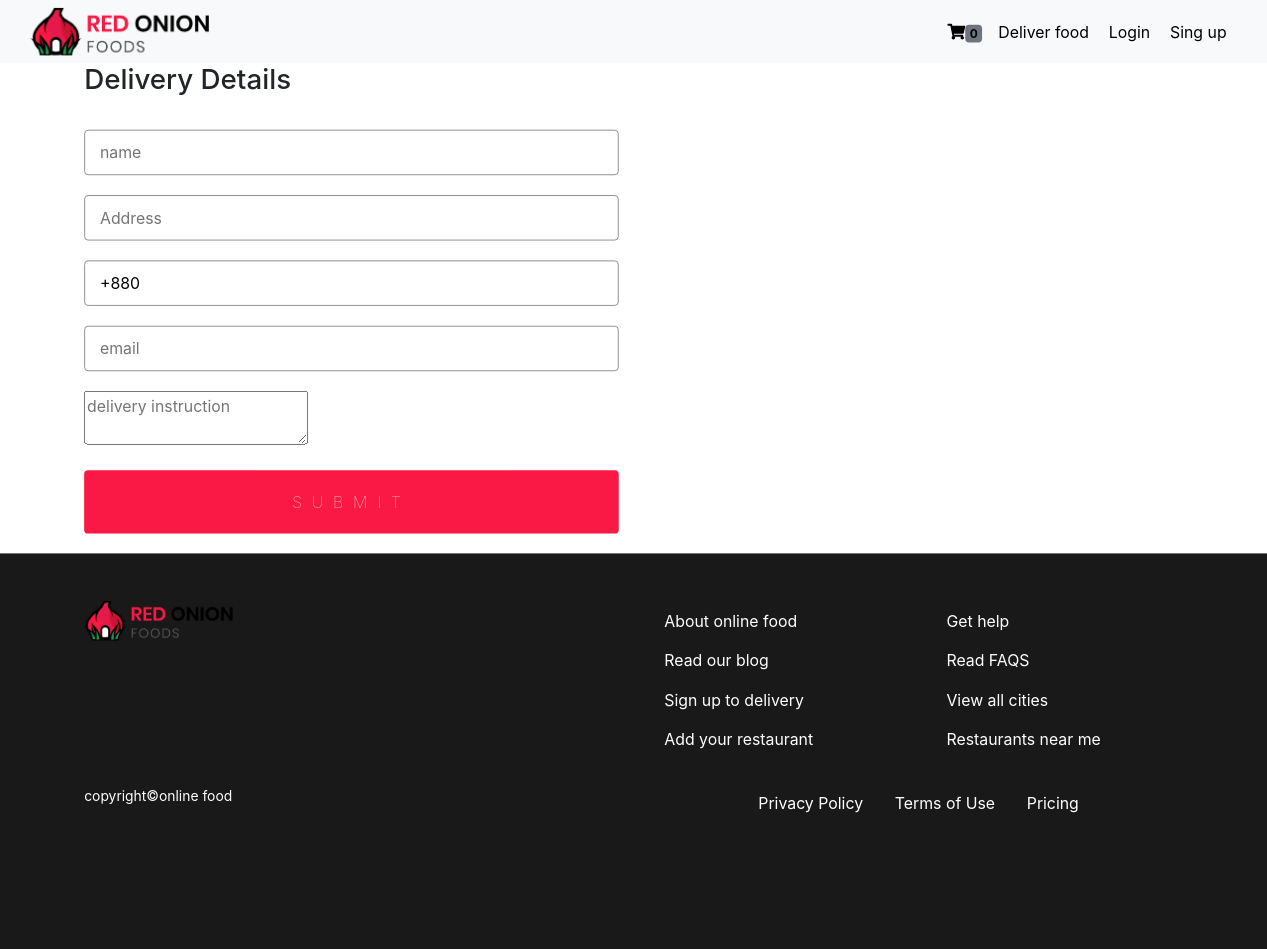
Repository: arif286/red-onion-client
Page: /cart
These files come from the project's save history. The page is drawn as it stood at one moment and after the next save; the edit follows.
The browser window is 1280 px wide. The pictures show the whole page, at 99% of full size.
The project was rebuilt for these pictures with package versions that can differ from the ones it lists, and the page was loaded fresh each time. Some packages were replaced by stand-ins written for this rebuild. Also part of the build but not shown: src/App.css, src/components/SearchBar/SearchBar.css, src/components/SearchBar/SearchBar.js, src/components/FoodDetails/FoodDetail.css, src/components/FoodDetails/FoodDetail.js, src/components/DeliveryFood/DeliveryFood.js, src/components/Food/Food.css, src/components/Food/FoodItem.js and 9 more.

Above is the page before, as saved 2021-03-30 16:35:00.

### src/App.js
import "bootstrap/dist/css/bootstrap.min.css";
import React, { createContext, useState } from "react";
import { BrowserRouter as Router, Route, Switch } from "react-router-dom";
import './App.css';
import Cart from "./components/Cart/Cart";
import FoodDetail from "./components/FoodDetails/FoodDetail";
import Footer from "./components/Footer/Footer";
import Header from "./components/Header/Header";
import Home from './components/Home/Home';
import Login from "./components/LogIn/Login";
import SingUp from "./components/SingUp/SingUp";


export const UserContext = createContext();
function App() {
  const [loggedInUser, setLoggedInUser] = useState({});
  return (
    <UserContext.Provider value={[loggedInUser, setLoggedInUser]}>
      <Router>
        <Header />
        <Switch>
          <Route path="/home">
            <Home />
          </Route>
          <Route path="/signUp">
            <SingUp />
          </Route>
          <Route path="/login">
            <Login />
          </Route>
          <Route path="/food/details/:foodId">
            <FoodDetail />
          </Route>
          <Route path='/cart'>
            <Cart/>
          </Route>
          <Route exact path="/">
            <Home/>
          </Route>
        </Switch>
        <Footer />
      </Router>
    </UserContext.Provider>
  );

}

export default App;

### src/components/Cart/Cart.js
import React, { useContext } from 'react';
import { useForm } from 'react-hook-form';
import { UserContext } from '../../App';
import './Cart.css';
const Cart = () => {
    const [loggedInUser, setLoggedInUser] = useContext(UserContext);
    const { count, foodItem } = loggedInUser;

    const { register, handleSubmit, errors } = useForm();

    const onSubmit = (data) => {
        console.log(data)
    }
    return (
      <div className="container">
        <div className="row justify-content-between">
          <div className="col-md-6 col-sm-12">
            <h3>Delivery Details</h3>
            <form className="delivery-form" onSubmit={handleSubmit(onSubmit)}>
              <input
                type="text"
                name="name"
                placeholder="name"
                ref={register({
                  validate: (value) => value.length !== "",
                  required: true,
                })}
              />
              {errors.name && <p>please write your name</p>}

              <input
                type="text"
                name="address"
                placeholder="Address"
                ref={register({
                  validate: (value) => value.length !== "",
                  required: true,
                })}
              />
              {errors.address && <p>please write correct address</p>}
              <input
                type="phone"
                name="phone"
                placeholder="phone"
                defaultValue="+880"
                ref={register({
                  validate: (value) => value.length !== 14,
                  required: true,
                })}
              />
              {errors.phone && <p>please type a correct number</p>}
              <input
                name="email"
                type="email"
                placeholder="email"
                ref={register({
                  pattern: /^(([^<>()[\]\\.,;:\s@"]+(\.[^<>()[\]\\.,;:\s@"]+)*)|(".+"))@((\[[0-9]{1,3}\.[0-9]{1,3}\.[0-9]{1,3}\.[0-9]{1,3}\])|(([a-zA-Z\-0-9]+\.)+[a-zA-Z]{2,}))$/,
                  required: true,
                })}
              />
              {errors.email && <p>Invalid Email</p>}
              <textarea
                type="text"
                name="instruction"
                placeholder="delivery instruction"
                required={true}
              />
              <input type="submit" value="submit" />
            </form>
          </div>
          <div className="col-md-4 col-sm-12"></div>
        </div>
      </div>
    );
};

export default Cart;

### src/components/Footer/Footer.js
import React from 'react';
import { NavLink } from 'react-bootstrap';
import Logo from '../../onion-restaurent/logo2.png';
import './Footer.css';

const Footer = () => {
    return (
      <footer>
        <div className="container">
          <div className="row pt-5">
            <div className="col-md-6 col-sm-12 pb-4">
              <img className="footer-img" src={Logo} alt="" />
            </div>
            <div className="col-md-3 col-sm-12 pb-4">
              <ul className="nav flex-column">
                <li className="nav-item">
                  <NavLink
                    className="nav-link active footer-link"
                    aria-current="page"
                    to="/"
                  >
                    About online food
                  </NavLink>
                </li>
                <li className="nav-item">
                  <NavLink className="nav-link footer-link" to="/">
                    Read our blog
                  </NavLink>
                </li>
                <li className="nav-item">
                  <NavLink className="nav-link footer-link" to="/">
                    Sign up to delivery
                  </NavLink>
                </li>
                <li className="nav-item">
                  <NavLink className="nav-link footer-link" to="/">
                    Add your restaurant
                  </NavLink>
                </li>
              </ul>
            </div>
            <div className="col-md-3 col-sm-12 pb-4">
              <ul className="nav flex-column">
                <li className="nav-item">
                  <NavLink
                    className="nav-link footer-link"
                    aria-current="page"
                    to="/"
                  >
                    Get help
                  </NavLink>
                </li>
                <li className="nav-item">
                  <NavLink className="nav-link footer-link" to="/">
                    Read FAQS
                  </NavLink>
                </li>
                <li className="nav-item">
                  <NavLink className="nav-link footer-link" to="/">
                    View all cities
                  </NavLink>
                </li>
                <li className="nav-item">
                  <NavLink className="nav-link footer-link" to="/">
                    Restaurants near me
                  </NavLink>
                </li>
              </ul>
            </div>
          </div>

          <div className="row">
            <div className="col-md-7">
              <p className='copy-right'>
                <small>
                  copyright<span>&#169;</span>online food
                </small>
              </p>
            </div>
            <div className="col-md-5">
              <div className='d-flex'>
                <NavLink className="footer-link">Privacy Policy</NavLink>
                <NavLink className="footer-link">Terms of Use</NavLink>
                <NavLink className="footer-link">Pricing</NavLink>
              </div>
            </div>
          </div>
        </div>
      </footer>
    );
};

export default Footer;

### src/components/Header/Header.js
import { faShoppingCart } from "@fortawesome/free-solid-svg-icons";
import { FontAwesomeIcon } from "@fortawesome/react-fontawesome";
import React from 'react';
import { NavLink } from "react-router-dom";
import logo from '../../onion-restaurent/logo2.png';
import './Header.css';
const cart = <FontAwesomeIcon icon={faShoppingCart} />;
const Header = () => {
    const header = {
        logo : {width: '180px'}
    }
    return (
      <div>
        <nav className="navbar navbar-expand-lg navbar-light bg-light">
          <div className="container-fluid">
            <div>
              <img style={header.logo} src={logo} alt="" />
            </div>
            <button
              className="navbar-toggler"
              type="button"
              data-bs-toggle="collapse"
              data-bs-target="#navbarNav"
              aria-controls="navbarNav"
              aria-expanded="false"
              aria-label="Toggle navigation"
            >
              <span className="navbar-toggler-icon"></span>
            </button>
            <div
              className="collapse  navbar-collapse justify-content-end"
              id="navbarNav"
            >
              <ul className="navbar-nav align-items-center">
                <li className="nav-item">
                  <button className=" cart-btn" to="/">
                    {cart}
                    <small className="badge bg-secondary">0</small>
                  </button>
                </li>
                <li className="nav-item">
                  <NavLink className="header-link" to="/cart">
                    Deliver food
                  </NavLink>
                </li>
                <li className="nav-item">
                  <NavLink className="header-link" to="/login">
                    Login
                  </NavLink>
                </li>
                <li className="nav-item">
                  <NavLink className="header-link" to="/signUp">
                    Sing up
                  </NavLink>
                </li>
              </ul>
            </div>
          </div>
        </nav>
      </div>
    );
};

export default Header;

### src/components/Cart/Cart.css
.delivery-form input {
  width: 100%;
  padding: 10px 15px;
  box-sizing: border-box;
  margin-bottom: 20px;
  border: 1px solid #909090;
  outline: none;
  border-radius: 4px;
}
.delivery-form input:first-child {
  margin-top: 25px;
}
.delivery-form input:nth-child(5) {
  line-height: 3.5;
}
.delivery-form p {
  color: #bf1650;
  margin-bottom: 20px;
}

.delivery-form p::before {
  display: inline;
  content: "⚠ ";
}

button[type="submit"],
.delivery-form input[type="submit"] {
  background: #f91944;
  color: white;
  text-transform: uppercase;
  border: none;
  margin-top: 20px;
  padding: 20px;
  font-size: 16px;
  font-weight: 100;
  letter-spacing: 10px;
}

button[type="submit"]:hover,
.delivery-form input[type="submit"]:hover {
  background: #d83153;
}

### src/components/Footer/Footer.css
.footer-img {
  width: 150px;
}
footer {
  background-color: #191919;
  height: 400px;
}
.footer-link {
  color: white;
}
.footer-link:hover {
  color: #878787;
}
.copy-right {
  color: white;
}

### src/components/Header/Header.css
.header-link {
  color: black;
  display: inline-block;
  padding: 10px;
}
.header-link:hover {
  text-decoration: none;
  color: #777777;
}
.cart-btn {
  border: none;
  background: none;
}

Loaded but not shown: public/index.html (common file); src/index.js (common file); src/index.css (common file); src/reportWebVitals.js (common file)

After the next save:
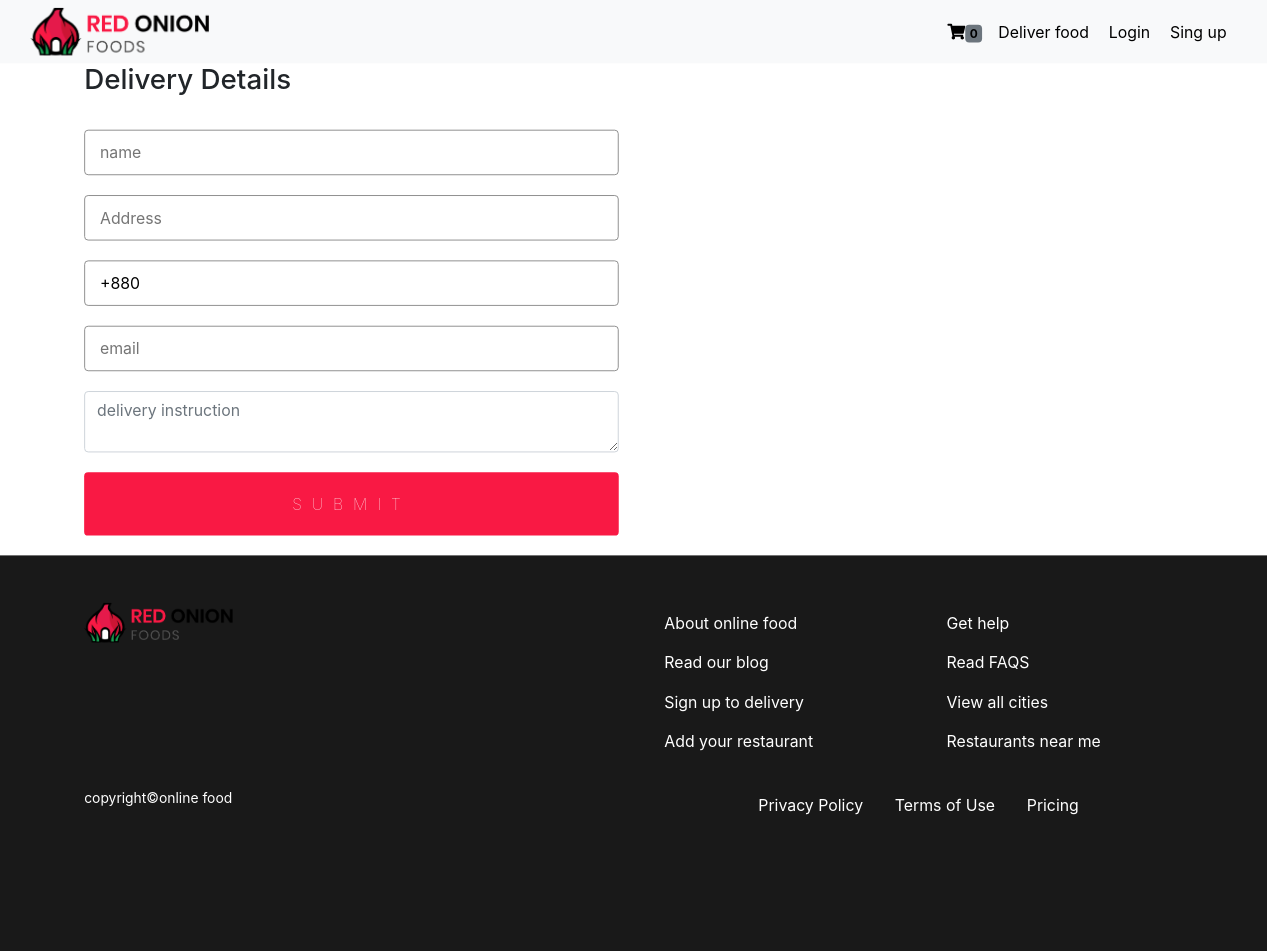
Saved 68 s later.
--- a/src/components/Cart/Cart.js
+++ b/src/components/Cart/Cart.js
@@ -60,6 +60,7 @@ const Cart = () => {
               />
               {errors.email && <p>Invalid Email</p>}
               <textarea
+                class="form-control"
                 type="text"
                 name="instruction"
                 placeholder="delivery instruction"

After the save that followed:
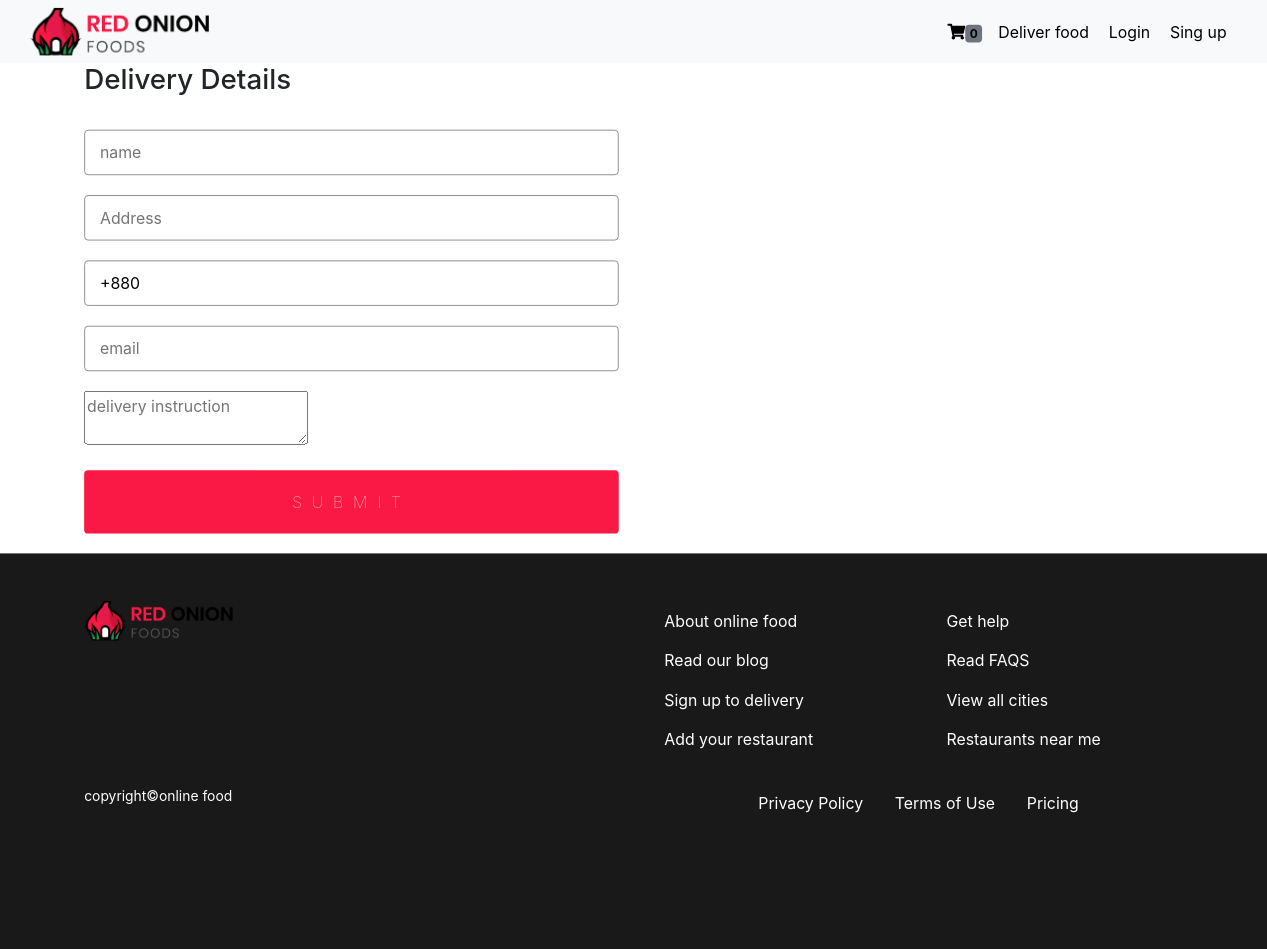
Saved 43 s later.
--- a/src/components/Cart/Cart.js
+++ b/src/components/Cart/Cart.js
@@ -60,7 +60,7 @@ const Cart = () => {
               />
               {errors.email && <p>Invalid Email</p>}
               <textarea
-                class="form-control"
+                // class="form-control"
                 type="text"
                 name="instruction"
                 placeholder="delivery instruction"
